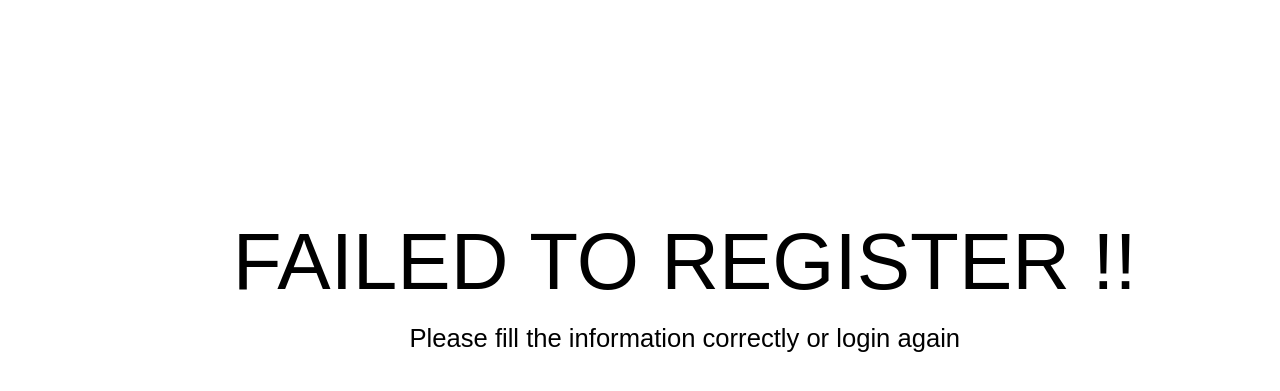
Repository: anujs099/bankingapp
Page: banking-application-final/WebContent/FaliureRegister.html
An editor plug-in stored every save of this project. The page is shown before and after the next save, followed by the edit.
The browser window is 1280 px wide. The pictures show the whole page.
Some web fonts or font styles are not loaded; a fallback is used.

Above is the page before, as saved 2021-03-07 15:38:53.

### banking-application-final/WebContent/FaliureRegister.html
<!DOCTYPE html>
<html>
<head>
<meta charset="ISO-8859-1">
<title>Insert title here</title>
<link rel="stylesheet" href="error.css">
<link href="https://fonts.googleapis.com/css2?family=Nunito+Sans:wght@600;900&display=swap" rel="stylesheet">
</head>
<body>
<div class="failure">FAILED TO REGISTER !!</div>

<div class="message">
Please fill the information correctly or login again</div>

</body>
</html>

### banking-application-final/WebContent/error.css
@charset "ISO-8859-1";

.main{

background-color:purple;
}

.message {
    text-align: center;
    font-family: 'Nunito Sans', sans-serif;
    font-size: 1.6rem;
    position:absolute;
    left: 16%;
    top: 45%;
    width: 75%;
  }

  .failure{

   text-align: center;
    font-family: 'Nunito Sans', sans-serif;
    font-size: 5rem;
    position:absolute;
  	left:16%;
  	top:30%;
  	width:75%;
  }

After the next save:
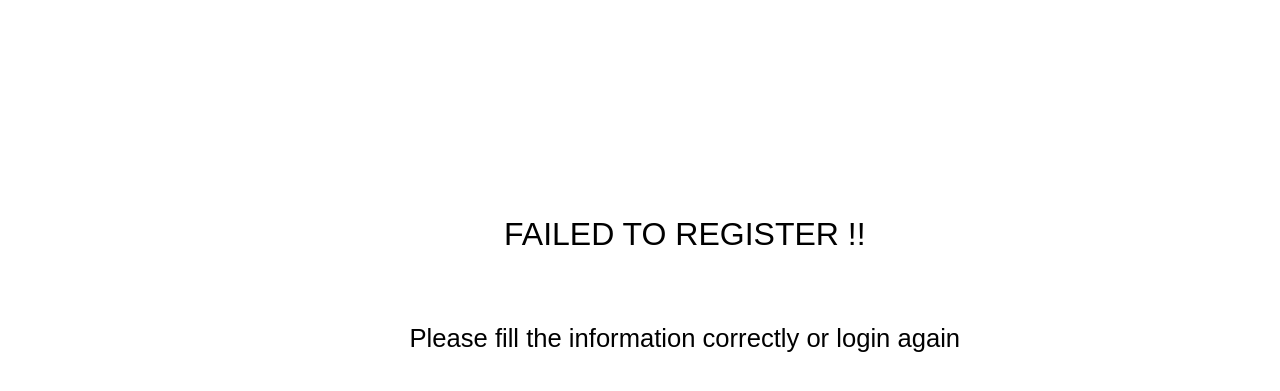
Saved 36 s later.
--- a/banking-application-final/WebContent/error.css
+++ b/banking-application-final/WebContent/error.css
@@ -19,7 +19,7 @@ background-color:purple;
 
    text-align: center;
     font-family: 'Nunito Sans', sans-serif;
-    font-size: 5rem;
+    font-size: 2rem;
     position:absolute;
   	left:16%;
   	top:30%;
